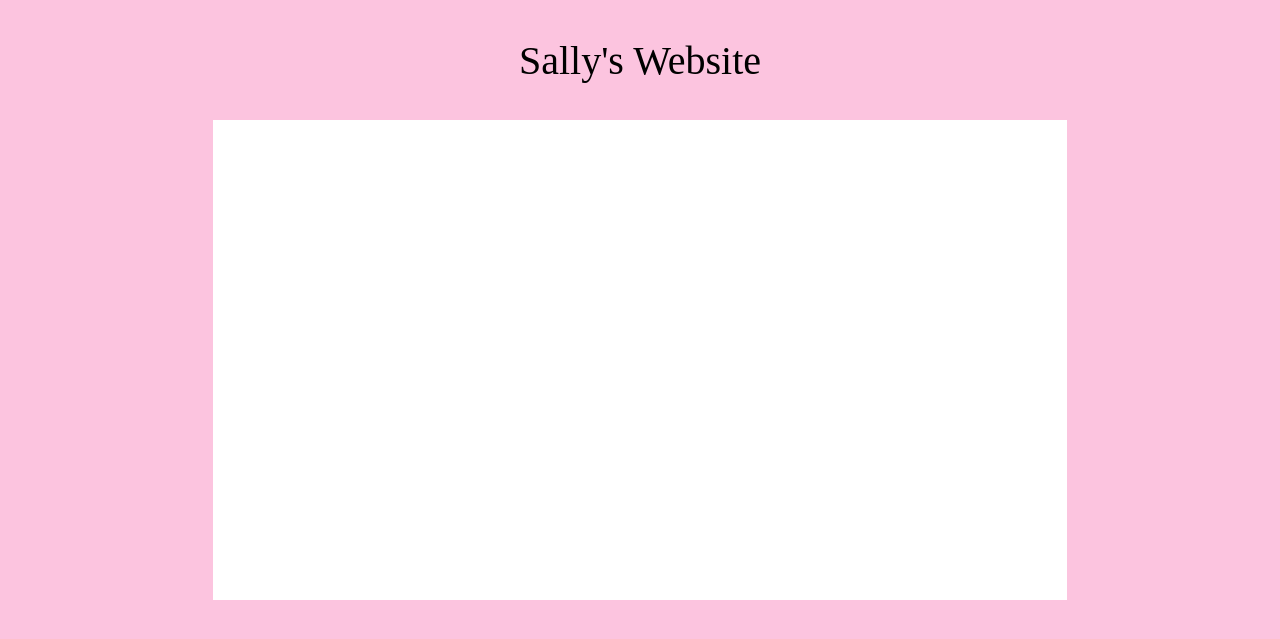
Repository: tianjiewang2022/tianjiewang2022.github.io
Page: index.html
The author's editor kept a copy of each file at every save. The page is drawn from the files as they stood at one save, then again after the next save.
The browser window is 1280 px wide. The pictures show the whole page.

Above is the page before, as saved 2023-10-02 21:38:31.

After the next save:
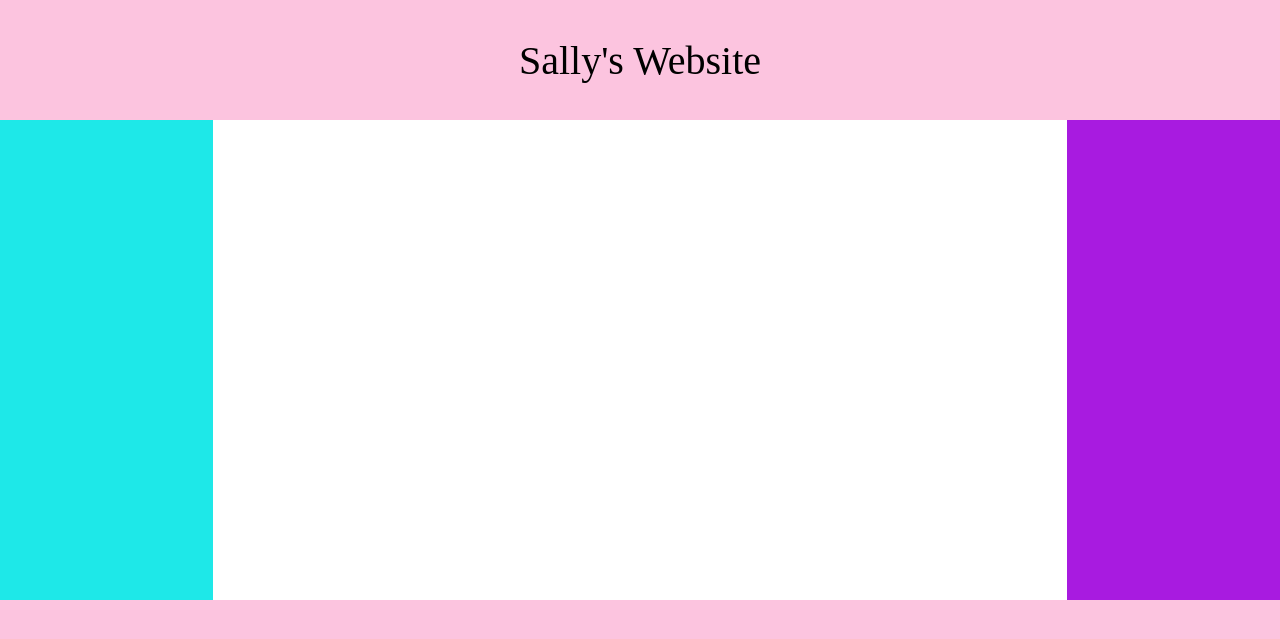
Saved 2 min 1 s later.
--- a/index.html
+++ b/index.html
@@ -30,7 +30,7 @@
             }
 
             .left_bar {
-                background-color: rgb(252, 196, 223);
+                background-color: rgb(30, 232, 232);
                 grid-row: 2 / span 4;
                 grid-column: 1 / span 1;
                 position: fixed;
@@ -43,7 +43,7 @@
             }
 
             .main_area {
-                background-color: rgb(252, 196, 223);
+                background-color: rgb(30, 240, 72);
                 grid-row: 2 / span 4;
                 grid-column: 2 / span 4;
                 justify-content: center;
@@ -54,7 +54,7 @@
             }
 
             .right_bar {
-                background-color: rgb(252, 196, 223);
+                background-color: rgb(168, 27, 224);
                 grid-row: 2 / span 4;
                 grid-column: 1 / span 1;
                 position: fixed;
